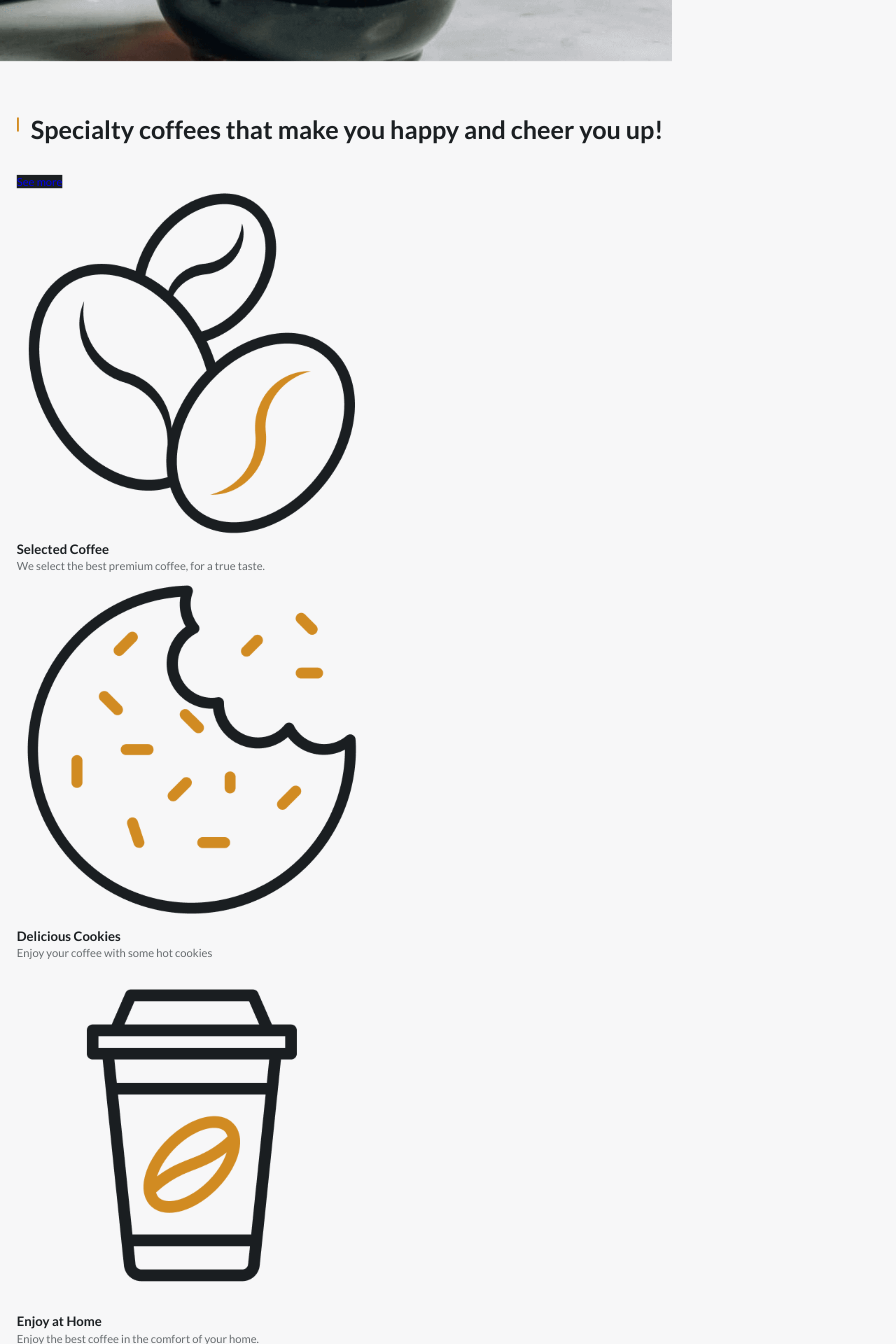
Repository: phong121020/coffee-responsive
Page: index.html
These files come from the project's save history. The page is drawn as it stood at one moment and after the next save; the edit follows.
The browser window is 1280 px wide. The pictures show the part of the page from y = 1447 to 3367 px (the page is 3403 px tall before and 3435 px after), at 70% of full size.

Above is the page before, as saved 2022-03-06 18:57:39.

After the next save:
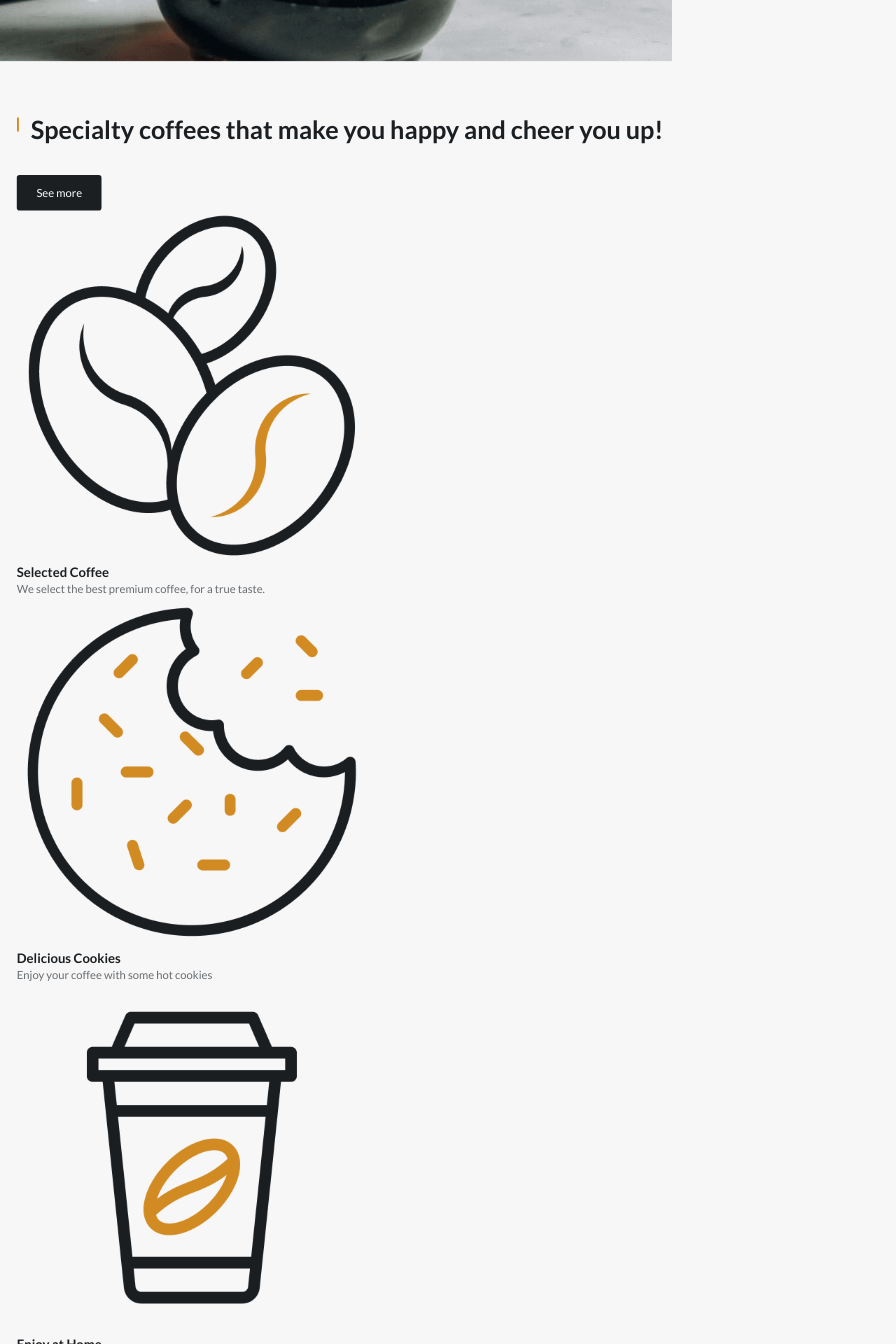
Saved 39 s later.
--- a/assets/css/style.css
+++ b/assets/css/style.css
@@ -281,6 +281,9 @@ button {
 .button {
   display: inline-block;
   background-color: var(--black-color);
+  color: #fff;
+  padding: 1rem 1.75rem;
+  border-radius: 0.25rem;
 }
 
 /* SPECIALTY */
